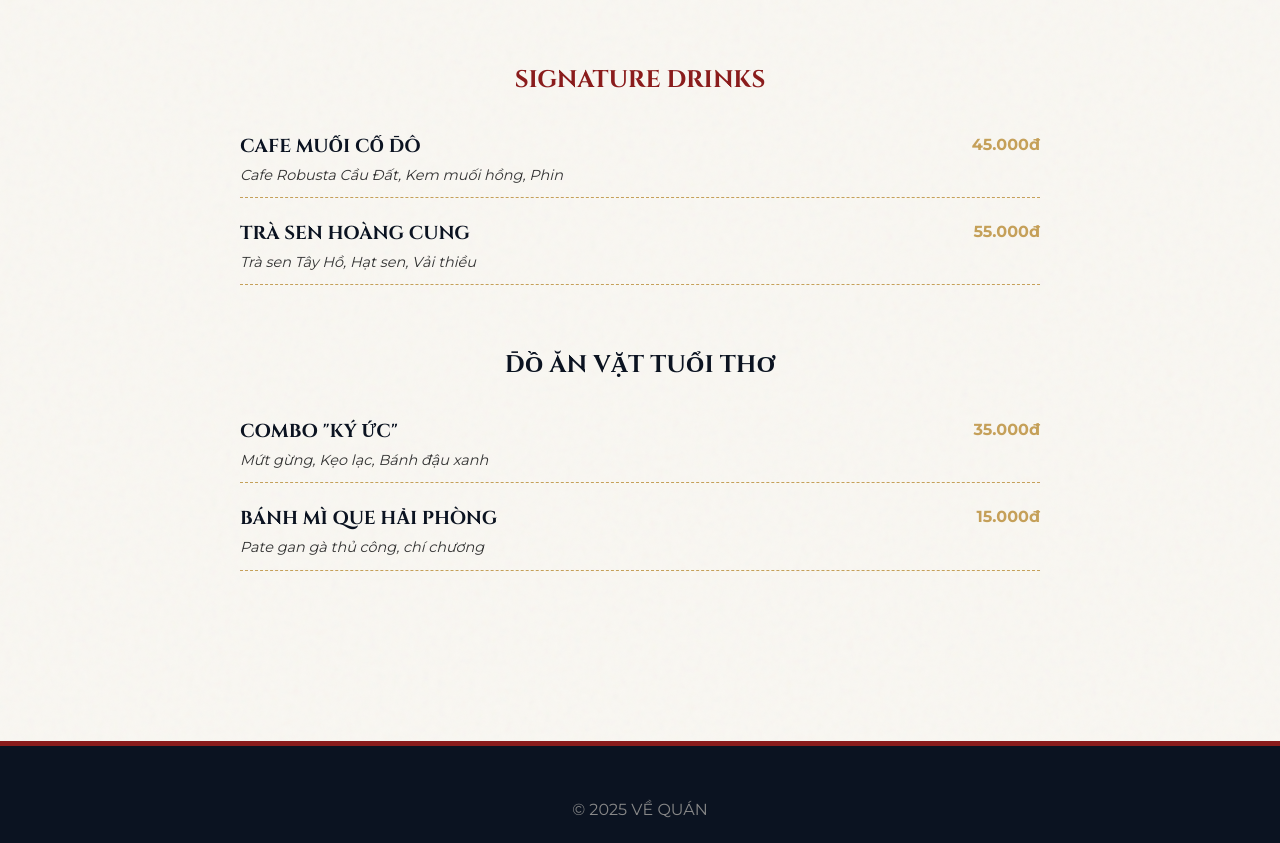
Repository: Lukas952003/Project-The-Heritage-Hub-Coffee-Marketing
Page: menu.html
An editor plug-in stored every save of this project. The page is shown before and after the next save, followed by the edit.
The browser window is 1280 px wide. The pictures show the part of the page from y = 371 to 1214 px (the page is 1214 px tall before and 1119 px after).
Some web fonts or font styles are not loaded; a fallback is used.

Above is the page before, as saved 2025-12-27 15:10:26.

After the next save:
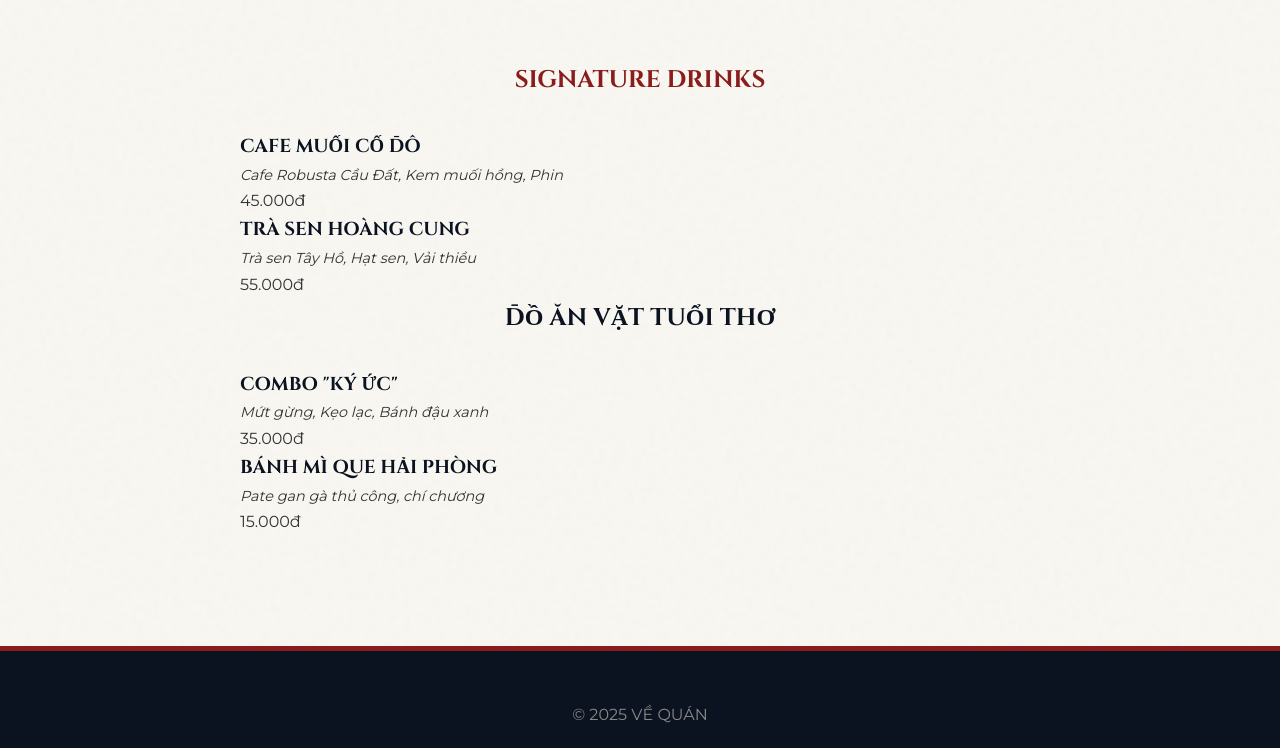
Saved 41 s later.
--- a/css/style.css
+++ b/css/style.css
@@ -172,20 +172,3 @@ footer {
     justify-content: center;
   }
 }
-
-/* menu */
-
-.menu-category {
-  margin-bottom: 60px;
-}
-.menu-item {
-  display: flex;
-  justify-content: space-between;
-  border-bottom: 1px dashed var(--gold);
-  padding-bottom: 10px;
-  margin-bottom: 20px;
-}
-.price {
-  font-weight: 700;
-  color: var(--gold);
-}

After the save that followed:
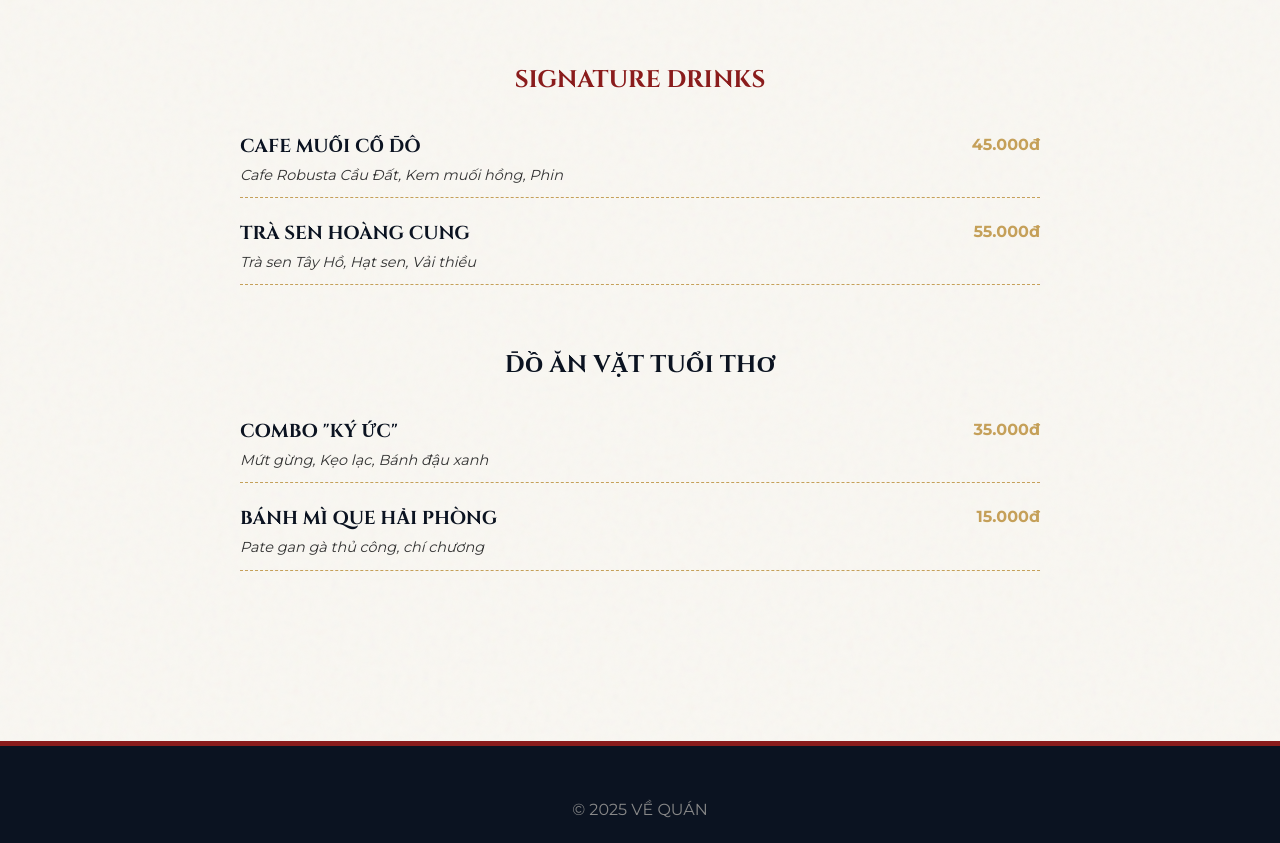
Saved 13 s later.
--- a/menu.html
+++ b/menu.html
@@ -3,7 +3,23 @@
   <head>
     <meta charset="UTF-8" />
     <title>Thực Đơn | VỀ QUÁN</title>
-    <link rel="stylesheet" href="./css/style.css" />
+    <link rel="stylesheet" href="style.css" />
+    <style>
+      .menu-category {
+        margin-bottom: 60px;
+      }
+      .menu-item {
+        display: flex;
+        justify-content: space-between;
+        border-bottom: 1px dashed var(--gold);
+        padding-bottom: 10px;
+        margin-bottom: 20px;
+      }
+      .price {
+        font-weight: 700;
+        color: var(--gold);
+      }
+    </style>
   </head>
   <body>
     <header>
